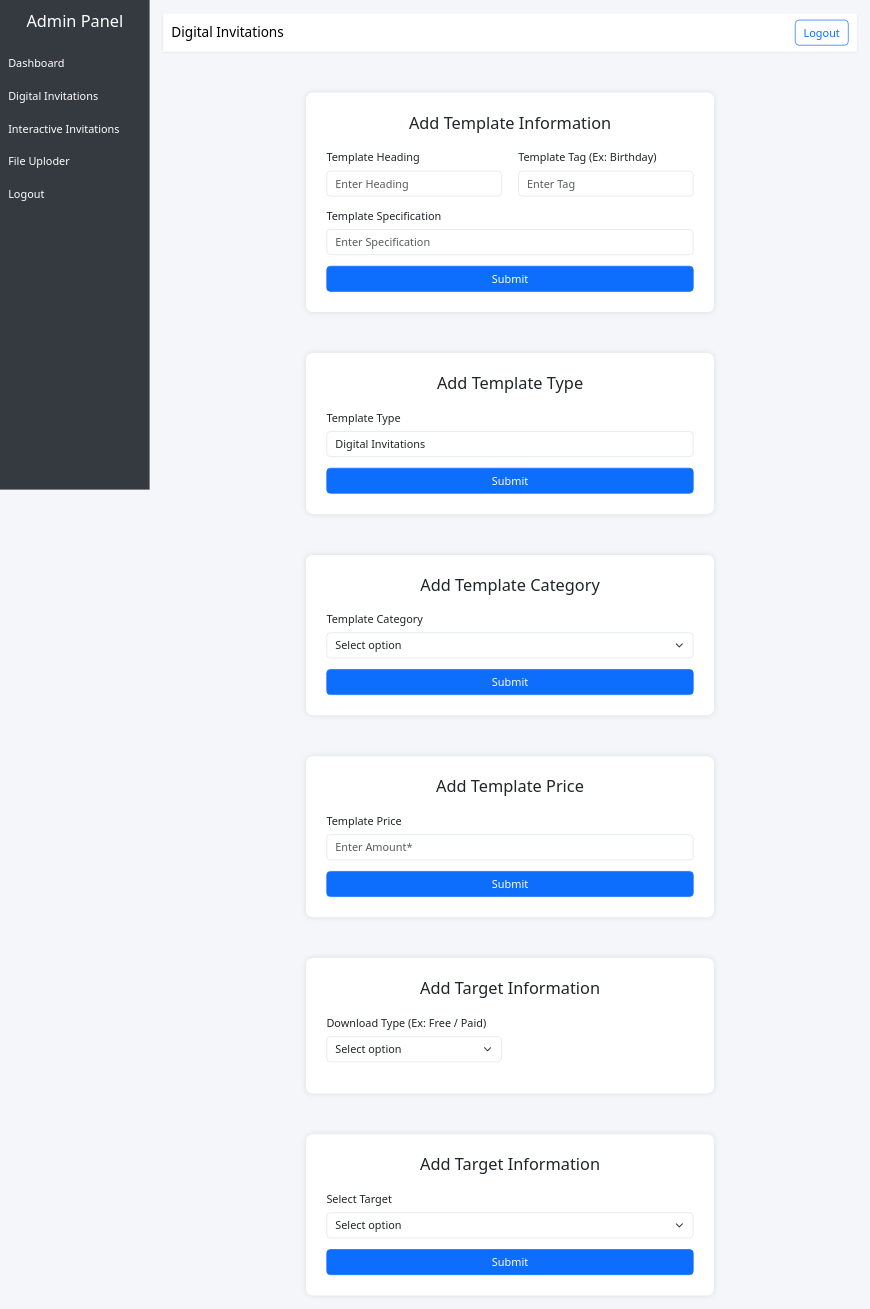
Repository: viraj7551/Flying-Invite-Project
Page: http://localhost/Admin03/digital_invitation.jsp
These files come from the project's save history. The page is drawn as it stood at one moment and after the next save; the edit follows.
The browser window is 1280 px wide. The pictures show the whole page, at 68% of full size.
Some web fonts or font styles are not loaded; a fallback is used. The page is served by Tomcat 9.

Above is the page before, as saved 2026-07-18 17:41:00.

After the next save:
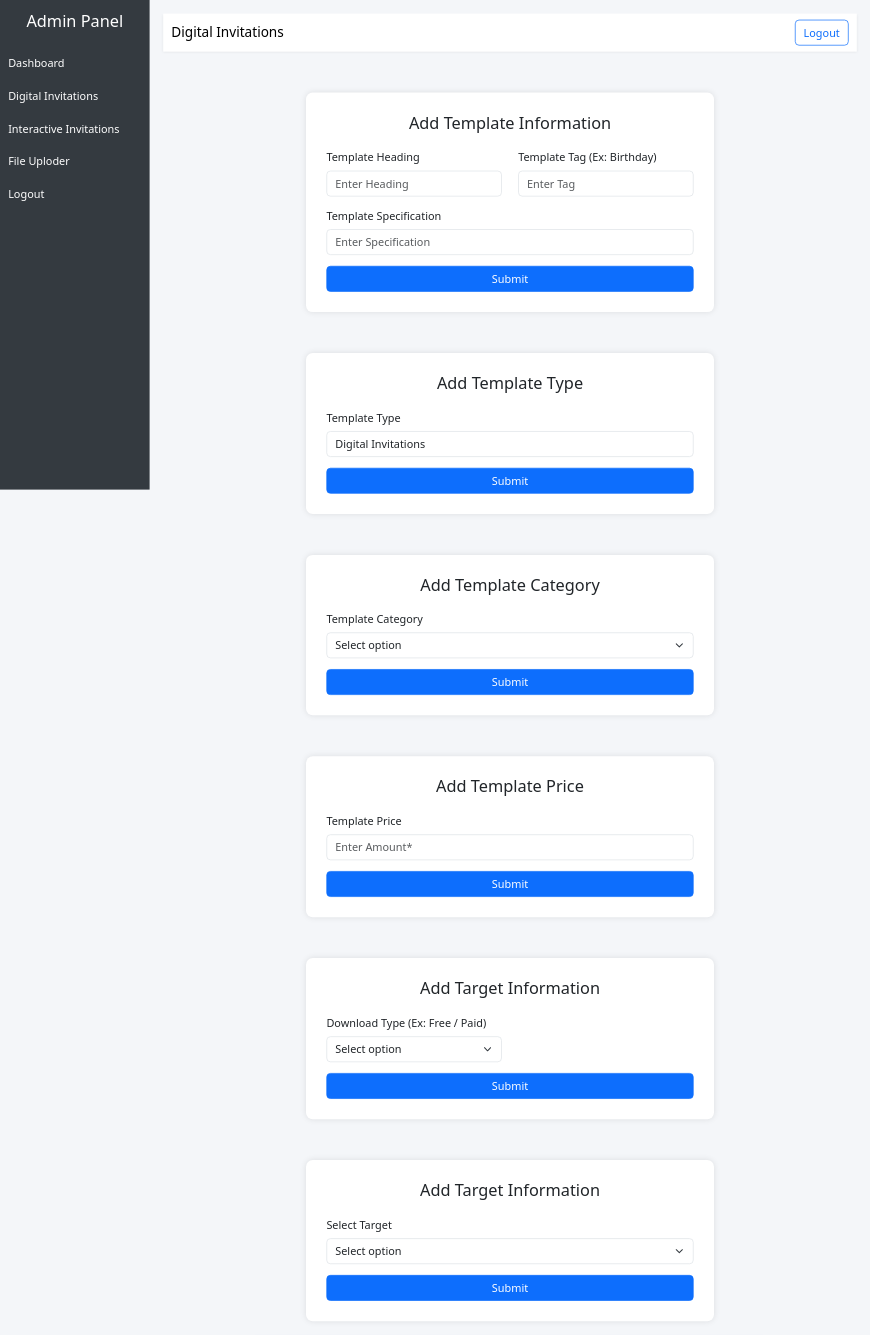
Saved 69 s later.
--- a/Admin03/WebContent/digital_invitation.jsp
+++ b/Admin03/WebContent/digital_invitation.jsp
@@ -244,6 +244,9 @@ margin-left:0;
              </select>
          </div>
       </div>
+        <div class="d-grid">
+        <button type="submit" class="btn btn-primary"> Submit </button>
+   </div>
      </form>
    </div>
  </div>
